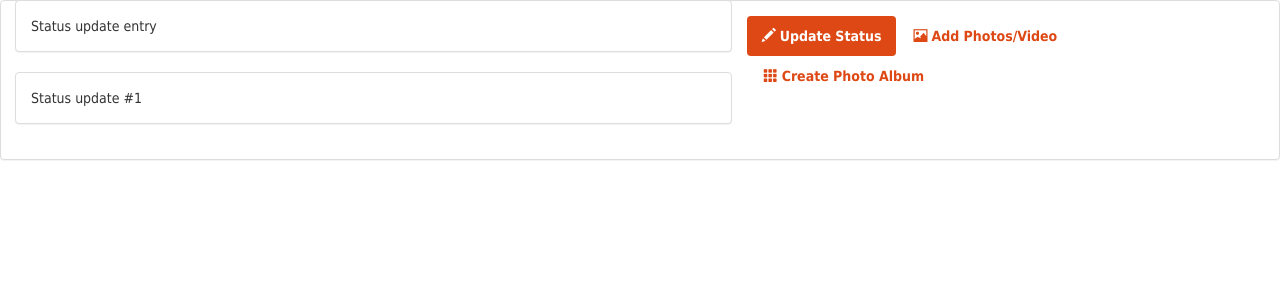
Repository: harshagithub19/news_feed
Page: fbapp3/src/main/webapp/statuscheck.html
These files come from the project's save history. The page is drawn as it stood at one moment and after the next save; the edit follows.
The browser window is 1280 px wide. The pictures show the whole page.
Some web fonts or font styles are not loaded; a fallback is used. Some web libraries are served in a nearby version.

Above is the page before, as saved 2017-03-02 04:01:33.

### fbapp3/src/main/webapp/statuscheck.html
<!DOCTYPE html>
<html>
<head>
<meta charset="UTF-8">
<meta http-equiv="Content-Type" content="text/html; charset=ISO-8859-1">


<script src="https://ajax.googleapis.com/ajax/libs/jquery/3.1.1/jquery.min.js"></script>
<script src="https://ajax.googleapis.com/ajax/libs/jquery/3.1.1/jquery.ui.min.js"></script>
<script src="https://maxcdn.bootstrapcdn.com/bootstrap/3.3.7/js/bootstrap.min.js"></script>
<script type="text/javascript" src="http://cdn.jsdelivr.net/jquery.cookie/1.3.1/jquery.cookie.js"></script>
<link href="bootstrap/css/bootstrap.css" rel="stylesheet" />
<link href="assets/css/bootstrap-united.css" rel="stylesheet" />



<style type="text/css">
</style>
<title>Insert title here</title>
</head>
<body>


<!-- Main feed: A cell that spans 7 columns -->
<div class="col-md-7">
  <!-- Status update entry -->
  <div class="panel panel-default">
    <div class="panel-body">
      Status update entry
    </div>
  </div>
  <!-- Status update #1 -->
  <div class="panel panel-default">
    <div class="panel-body">
      Status update #1
    </div>
  </div>
</div>

<div class="panel panel-default">
  <div class="panel-body">
    <ul class="nav nav-pills">
      <li role="presentation" class="active">
        <a href="#"><span class="glyphicon glyphicon-pencil"></span> <strong>Update Status</strong></a>
      </li>
      <li role="presentation">
        <a href="#"><span class="glyphicon glyphicon-picture"></span> <strong>Add Photos/Video</strong></a>
      </li>
      <li role="presentation">
        <a href="#"><span class="glyphicon glyphicon-th"></span> <strong>Create Photo Album</strong></a>
      </li>
    </ul>
  </div>
</div>









</body>
</html>

Loaded but not shown: fbapp3/src/main/webapp/bootstrap/css/bootstrap.css (library); fbapp3/src/main/webapp/assets/css/bootstrap-united.css (library)

After the next save:
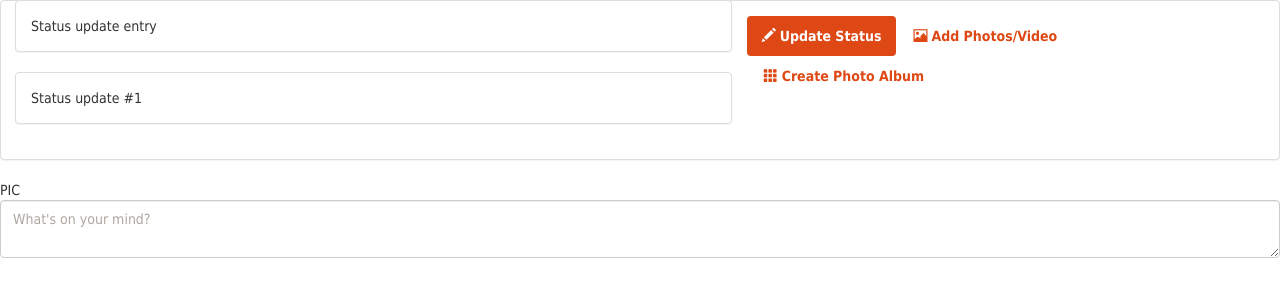
Saved 2 min 1 s later.
--- a/fbapp3/src/main/webapp/statuscheck.html
+++ b/fbapp3/src/main/webapp/statuscheck.html
@@ -54,7 +54,18 @@
 </div>
 
 
-
+<div class="media">
+  <div class="media-left media-top">
+    PIC
+  </div>
+  <div class="media-body">
+    <div class="form-group">
+      <!-- rows="2" means "display the textarea as 2 rows high". The user can
+           enter more than 2 rows of text. -->
+      <textarea class="form-control" rows="2" placeholder="What's on your mind?"></textarea>
+    </div>
+  </div>
+</div>
 
 
 
